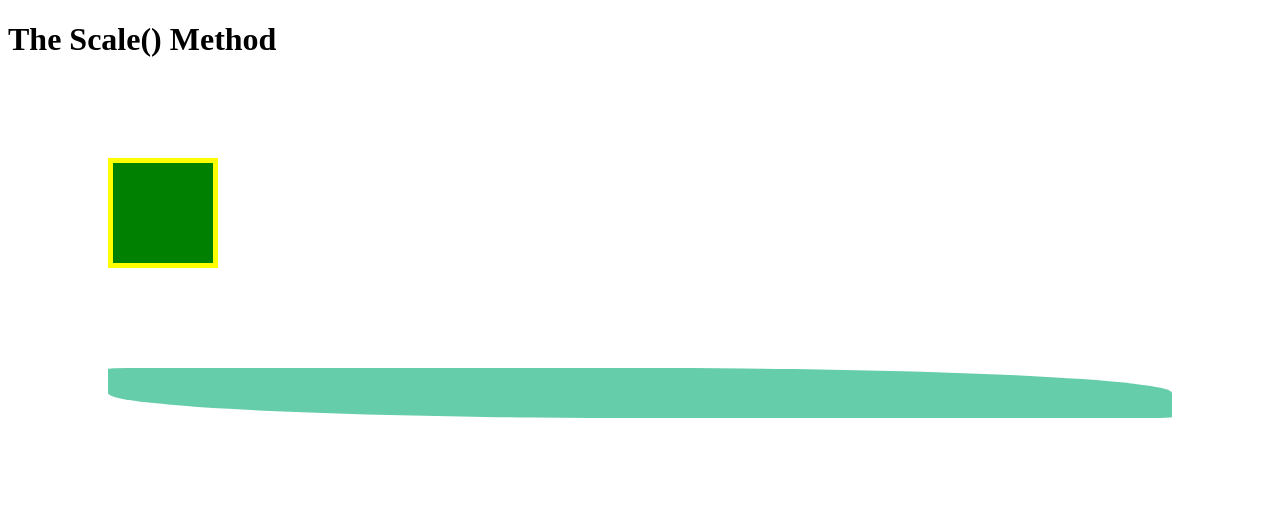
Repository: BhardwajMonika/core-java
Page: HTML2/WebContent/Scale.html
The author's editor kept a copy of each file at every save. The page is drawn from the files as they stood at one save, then again after the next save.
The browser window is 1280 px wide. The pictures show the whole page.

Above is the page before, as saved 2019-02-27 10:21:14.

After the next save:
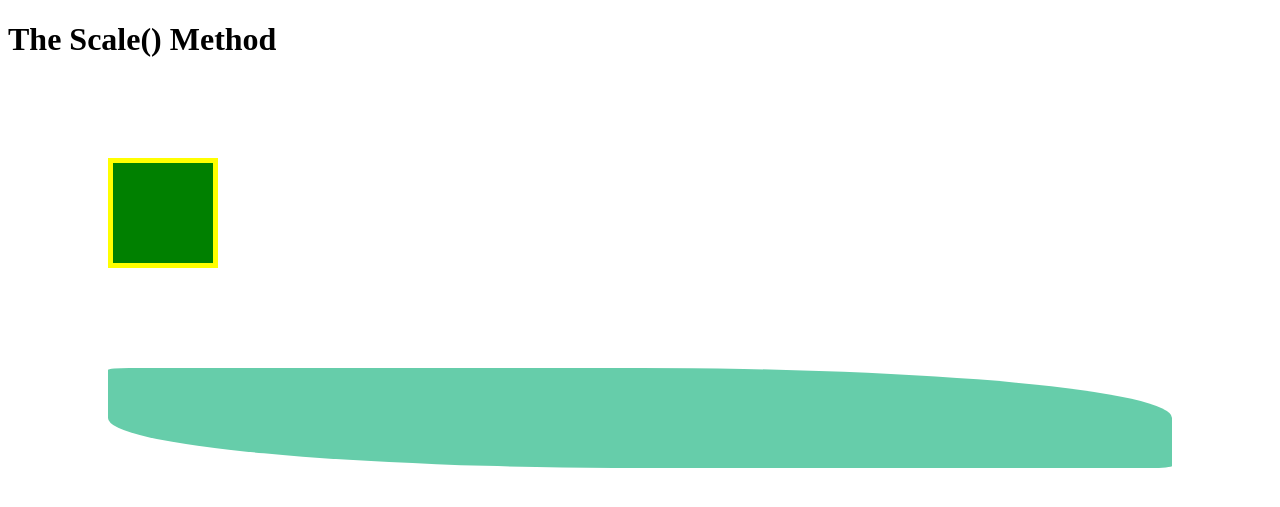
Saved 13 s later.
--- a/HTML2/WebContent/Scale.html
+++ b/HTML2/WebContent/Scale.html
@@ -14,7 +14,7 @@ transition:transform 1s;
 .square:hover{transform:scale(2);}
 
 .droplet{
-height:50px;
+height:100px;
 background-color:mediumaquamarine;
 border-radius:2% 50%;
 margin:100px;
